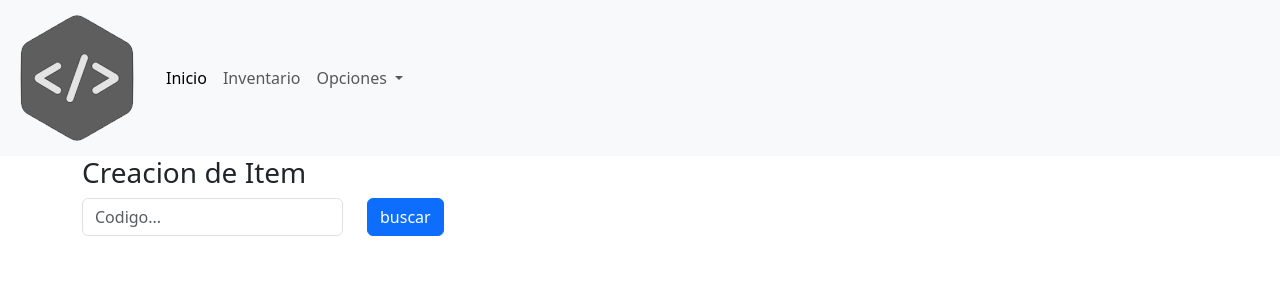
Repository: ingandresmolero/AdministrativoBarber
Page: http://localhost/views/operacion/add_stock.php
These files come from the project's save history. The page is drawn as it stood at one moment and after the next save; the edit follows.
The browser window is 1280 px wide. The pictures show the whole page.
The page is run by PHP 8.4 with error messages shown; the project is at /var/www/html/. The session is filled in as if someone had signed in: {"username": 1, "rol": "master"}. Style sheets and scripts are compiled from the project's sources, by tool versions that may differ from the author's.

Above is the page before, as saved 2023-05-14 18:40:47.

After the next save:
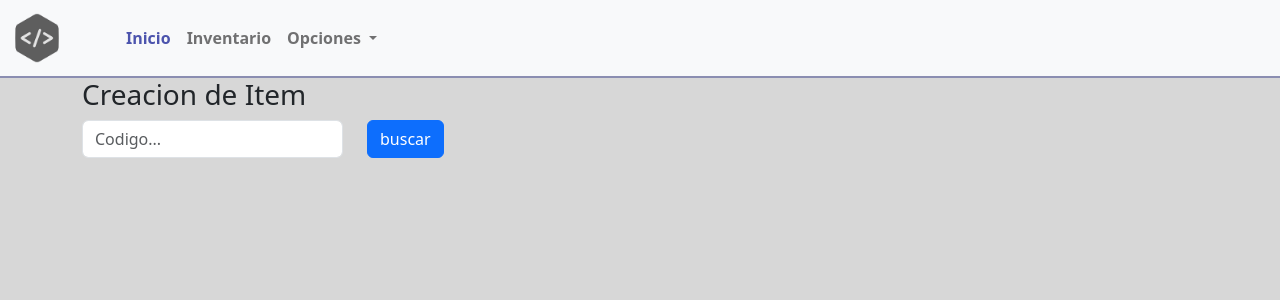
Saved 64 s later.
--- a/NEW/views/operacion/add_stock.php
+++ b/NEW/views/operacion/add_stock.php
@@ -13,6 +13,9 @@ include("../../php/dbconn.php");
     <meta name="viewport" content="width=device-width, initial-scale=1.0">
     <link href="https://cdn.jsdelivr.net/npm/bootstrap@5.3.0-alpha3/dist/css/bootstrap.min.css" rel="stylesheet" integrity="sha384-KK94CHFLLe+nY2dmCWGMq91rCGa5gtU4mk92HdvYe+M/SXH301p5ILy+dN9+nJOZ" crossorigin="anonymous">
     <title>Crear Item</title>
+    <link rel="icon" type="image/x-icon" href="../img/favicon.png">
+
+    <link rel="stylesheet" href="../css/styles.min.css">
 </head>
 
 <body>
